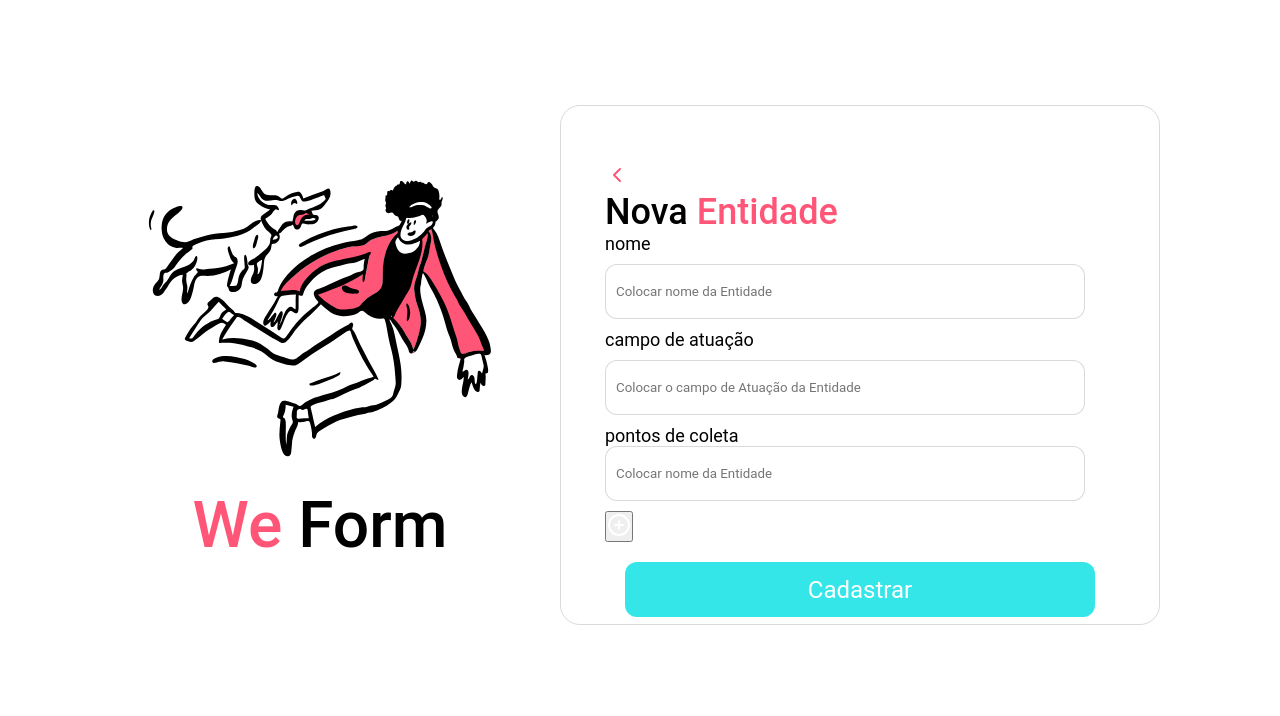
Repository: guilhermecardoso93/we-form
Page: nova-entidade.html
An editor plug-in stored every save of this project. The page is shown before and after the next save, followed by the edit.
The browser window is 1280 px wide. The pictures show the whole page.
Some web libraries are served in a nearby version.

Above is the page before, as saved 2024-06-09 18:15:55.

### nova-entidade.html
<!DOCTYPE html>
<html lang="pt-BR">

<head>
    <meta charset="UTF-8">
    <meta name="viewport" content="width=device-width, initial-scale=1.0">
    <link rel="stylesheet" href="https://cdnjs.cloudflare.com/ajax/libs/font-awesome/5.13.1/css/all.min.css">
    <link rel="stylesheet" href="./styles.css">
    <title>We Form</title>
</head>

<body>
    <div class="content">

        <aside>
            <img src="./assets/hero.svg" alt="Ilustração mulher com cachorro" />
            <h1>
                <span>We</span> Form
            </h1>
        </aside>

        <main>
            <a href="/">
                <img src="./assets/arrow-back.svg" alt="seta" />
            </a href="/">
            <h2>Nova <span>Entidade</span></h2>
            <form>
                <label form="nome">Nome</label>
                <input type="text" placeholder="Colocar nome da Entidade" id="nome">

                <label form="field">Campo de Atuação</label>
                <input type="text" placeholder="Colocar o campo de Atuação da Entidade" id="field">

                <div>
                    <label form="points">Pontos de coleta</label>
                    <div>
                        <input type="text" placeholder="Colocar nome da Entidade" id="points">
                        <button>
                    <img src="./assets/plus.svg" alt="" />
                </button>
                    </div>

                </div>
            </form>
            <div class="buttons">
                <button>
                <a href="http://">Cadastrar </a>
            </div>

        </main>
    </div>
</body>

</html>

### styles.css
* {
  padding: 0;
  margin: 0;
  box-sizing: border-box;
  font-family: Roboto, sans-serif;
}

:root {
  font-size: 62.5%;
  --border-color: .1rem solid rgba(0, 0, 0, 0.15);
}

body {
  font-size: 1.6rem;
  text-decoration: none;
}

.content {
  display: flex;
  flex-wrap: wrap-reverse;
  align-items: center;
  justify-content: center;
  gap: 4rem;
  margin: 10.5rem 0 4rem 0;
}


aside {
  display: flex;
  flex-direction: column;
  align-items: center;
  justify-content: center;
  gap: 2rem;
}

aside h1 {
  font-size: 6.4rem;
  font-weight: 500;
  line-height: 75px;
}

aside h1>span, main h2>span {
  color: #FF5678;
}

aside img {
  width: 40rem;
}


main {
  width: 60rem;
  height: 52rem;
  border: var(--border-color);
  border-radius: 20px;
  padding: 5.7rem 4.4rem;
}

main h2 {
  max-width: 43rem;
  font-size: 3.6rem;
  font-weight: 500;
}

.buttons {
  display: flex;
  flex-direction: column;
  justify-content: center;
  gap: 3.5rem;
  margin: 2rem;
}


.buttons button {
  background-color: #35e6e9;
  height: 5.5rem;
  border: none;
  border-radius: 12px;
}

.buttons button:hover {
  opacity: 0.5;
}

.buttons button a {
  text-decoration: none;
  color: #fff;
  font-size: 2.4rem;
}

.buttons button+button {
  background-color: #FF5678;
}

.footer {
  display: flex;
  flex-direction: column;
  align-items: center;
  justify-content: center;
  gap: 1rem;
}

.footer p {
  font-size: 1.6rem;
  margin-top: 8rem;
}

.footer a {
  font-size: 1.2rem;
  color: #000;
  text-decoration: none;
}

main form {
  display: flex;
  flex-direction: column;
}

main form input {
  width: 48rem;
  height: 5.5rem;
  background-color: #ffff;
  border: var(--border-color);
  border-radius: 12px;
  padding: 1rem;
  margin-bottom: 1rem;

}


main form label {
  font-size: 1.8rem;
  font-weight: 400;
  text-transform: lowercase;
  margin-bottom: 1rem;
}

### assets/arrow-back.svg
<svg xmlns="http://www.w3.org/2000/svg" width="24" height="24" viewBox="0 0 24 24" fill="none" stroke="#FF5678" stroke-width="2" stroke-linecap="round" stroke-linejoin="round" class="lucide lucide-chevron-left"><path d="m15 18-6-6 6-6"/></svg>

### assets/plus.svg
<svg xmlns="http://www.w3.org/2000/svg" width="24" height="24" viewBox="0 0 24 24" fill="none" stroke="#fff" stroke-width="2" stroke-linecap="round" stroke-linejoin="round" class="lucide lucide-circle-plus"><circle cx="12" cy="12" r="10"/><path d="M8 12h8"/><path d="M12 8v8"/></svg>

After the next save:
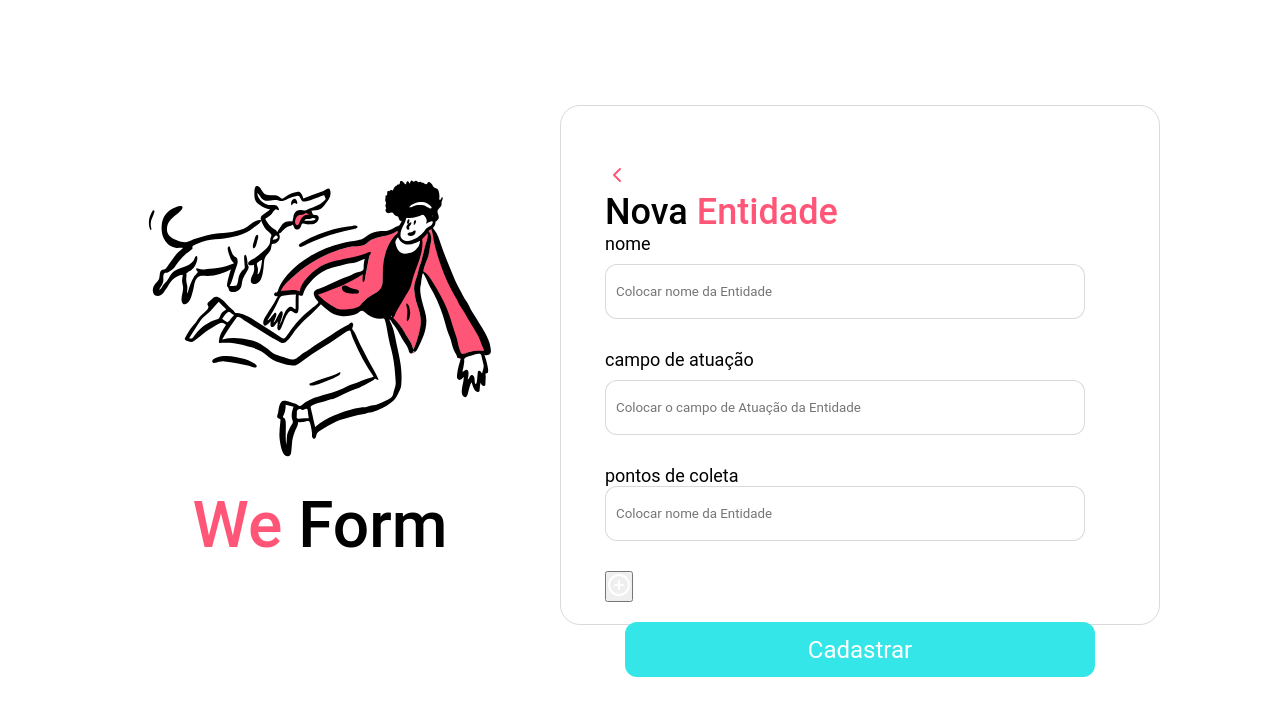
Saved 4 s later.
--- a/styles.css
+++ b/styles.css
@@ -123,7 +123,7 @@ main form input {
   border: var(--border-color);
   border-radius: 12px;
   padding: 1rem;
-  margin-bottom: 1rem;
+  margin-bottom: 3rem;
 
 }
 
